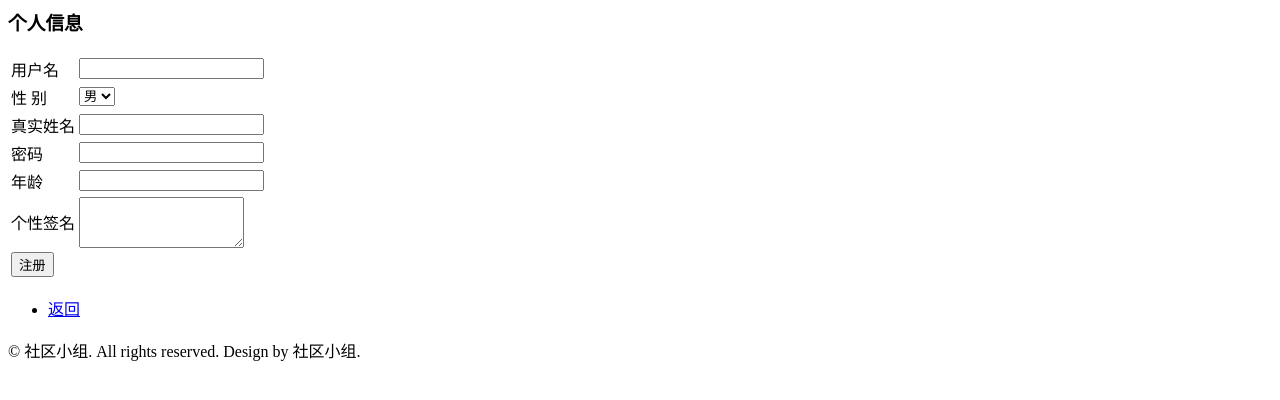
Repository: wyubb/Java
Page: http://localhost/Chapter3/register.jsp
An editor plug-in stored every save of this project. The page is shown before and after the next save, followed by the edit.
The browser window is 1280 px wide. The pictures show the whole page.
The page is served by Tomcat 9.

Above is the page before, as saved 2019-04-04 06:26:30.

After the next save:
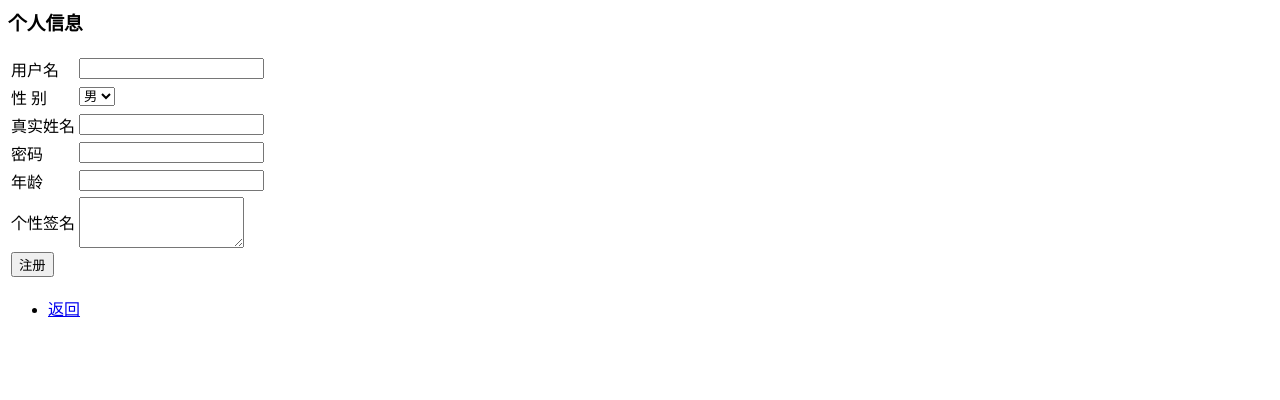
Saved 4 s later.
--- a/Chapter3/WebContent/register.jsp
+++ b/Chapter3/WebContent/register.jsp
@@ -87,19 +87,6 @@
 				</div>
 			</div>
 			<!-- primary content end -->
-
-		</div>
-
-		<div id="secondarycontent">
-
-			<!-- secondary content start -->
-			<h3></h3>
-			<!-- secondary content end -->
-
-		</div>
-
-		<div id="footer">
-			&copy; 社区小组. All rights reserved. Design by 社区小组.
 		</div>
 	</div>
 </div>
